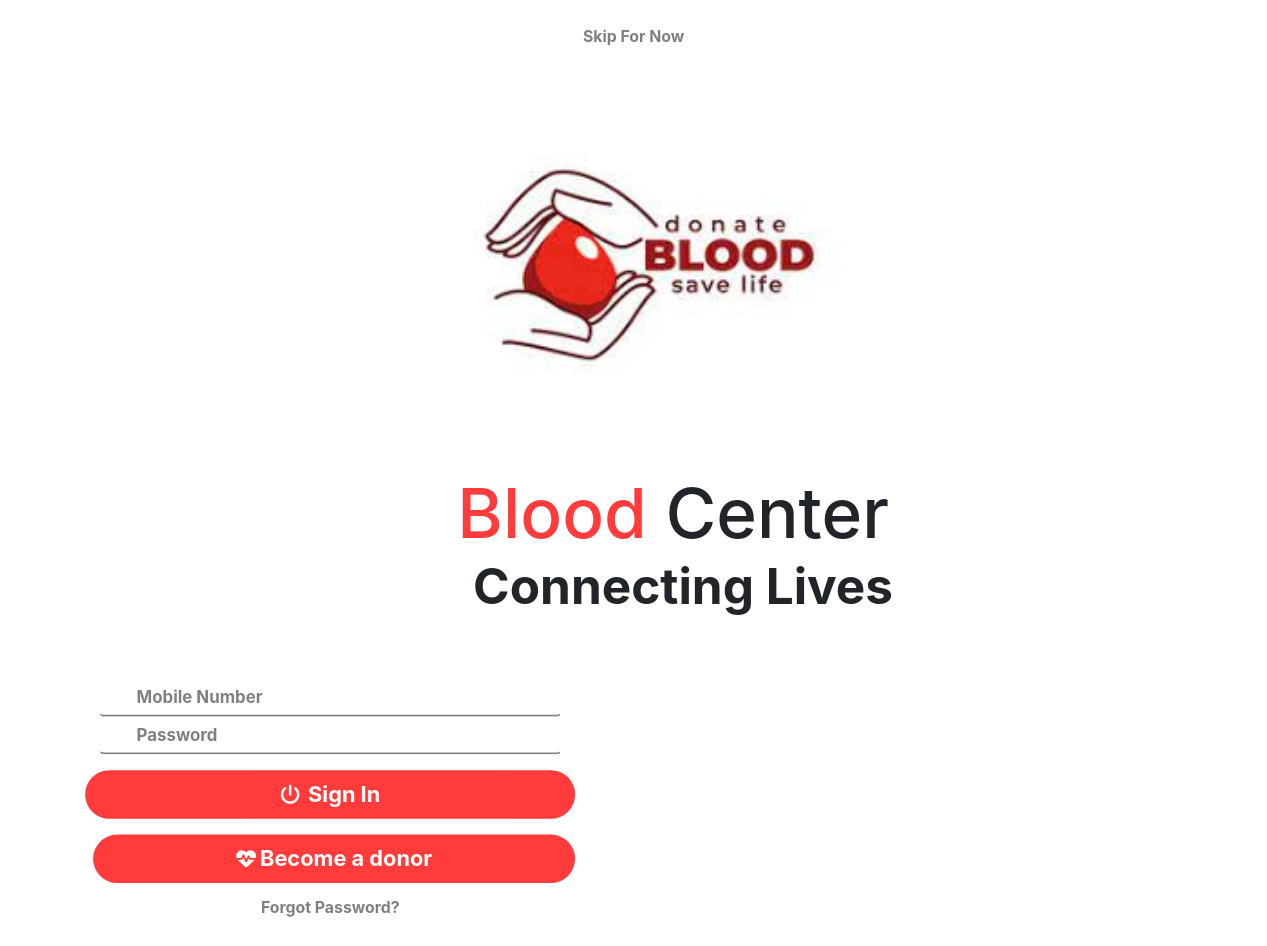
Repository: syedali042/jbds
Page: /
These files come from the project's save history. The page is drawn as it stood at one moment and after the next save; the edit follows.
The browser window is 1280 px wide. The pictures show the whole page, at 99% of full size.
Some web libraries are served in a nearby version. The project was rebuilt for these pictures with package versions that can differ from the ones it lists, and the page was loaded fresh each time. Also part of the build but not shown: src/components/Header.js, src/components/About.js, src/components/Register.js, src/components/Header2.js, src/components/Home.js, src/components/Header4.js, src/components/Request.js, src/components/Header3.js and 1 more.

Above is the page before, as saved 2021-11-09 20:45:49.

### public/index.html
<!DOCTYPE html>
<html lang="en">
  <head>
    <meta charset="utf-8" />
    <link rel="icon" href="%PUBLIC_URL%/favicon.ico" />
    <meta name="viewport" content="width=device-width, initial-scale=1" />
    <meta name="theme-color" content="#000000" />
    <meta
      name="description"
      content="Web site created using create-react-app"
    />
    <!--FontAwesome-->
    <script src="https://kit.fontawesome.com/f4576591a8.js" crossorigin="anonymous"></script>
    <!--FontAwesome ends-->
    <!--bootstrap-->
    <link rel="stylesheet" href="https://maxcdn.bootstrapcdn.com/bootstrap/4.0.0/css/bootstrap.min.css"
      integrity="sha384-Gn5384xqQ1aoWXA+058RXPxPg6fy4IWvTNh0E263XmFcJlSAwiGgFAW/dAiS6JXm" crossorigin="anonymous">
    <!--bootstrap ends-->
    <link rel="apple-touch-icon" href="%PUBLIC_URL%/logo192.png" />
    <!--
      manifest.json provides metadata used when your web app is installed on a
      user's mobile device or desktop. See https://developers.google.com/web/fundamentals/web-app-manifest/
    -->
    <link rel="manifest" href="%PUBLIC_URL%/manifest.json" />
    <!--
      Notice the use of %PUBLIC_URL% in the tags above.
      It will be replaced with the URL of the `public` folder during the build.
      Only files inside the `public` folder can be referenced from the HTML.

      Unlike "/favicon.ico" or "favicon.ico", "%PUBLIC_URL%/favicon.ico" will
      work correctly both with client-side routing and a non-root public URL.
      Learn how to configure a non-root public URL by running `npm run build`.
    -->
    <title>React App</title>
  </head>
  <body>
    <noscript>You need to enable JavaScript to run this app.</noscript>
    <div id="root"></div>
    <!--Jquery-->
    <script src="https://code.jquery.com/jquery-3.2.1.slim.min.js"
      integrity="sha384-KJ3o2DKtIkvYIK3UENzmM7KCkRr/rE9/Qpg6aAZGJwFDMVNA/GpGFF93hXpG5KkN" crossorigin="anonymous"></script>
    <script src="https://cdnjs.cloudflare.com/ajax/libs/popper.js/1.12.9/umd/popper.min.js"
      integrity="sha384-ApNbgh9B+Y1QKtv3Rn7W3mgPxhU9K/ScQsAP7hUibX39j7fakFPskvXusvfa0b4Q" crossorigin="anonymous"></script>
    <script src="https://maxcdn.bootstrapcdn.com/bootstrap/4.0.0/js/bootstrap.min.js"
      integrity="sha384-JZR6Spejh4U02d8jOt6vLEHfe/JQGiRRSQQxSfFWpi1MquVdAyjUar5+76PVCmYl" crossorigin="anonymous"></script>
    <!--Jquery ends-->
  </body>
</html>

### src/App.js
import './App.css';
import Login from './components/Login';
import About from './components/About';
import Register from './components/Register';
import Home from './components/Home';
import Request from './components/Request';
import Create from './components/Create';
import {
  BrowserRouter as Router,
  Switch,
  Route,
  Link
} from "react-router-dom";


function App() {
  return (
    <Router>
      <Switch>
        <Route path="/About">
          <About/>
        </Route>
        <Route path="/Login">
          <Login />
        </Route>
        <Route path="/Register">
          <Register />
        </Route>
        <Route path="/Create">
          <Create />
        </Route>
        <Route path="/Request">
          <Request />
        </Route>
        <Route path="/Home">
          <Home />
        </Route>
        <Route path="/">
          <Login />
        </Route>
      </Switch>
    </Router>
  );
}

export default App;

### src/App.css
*{
  margin: 0;
  padding: 0;
}
.con{
  font-size: 25px;
  font-weight: bold;
  position: relative;
  bottom: 35px;
  padding: 5px;
}
.em{
  border: none;
  border-bottom: 2px solid gray;
}
.pass{
  border: none;
  border-bottom: 2px solid gray;
}
.placehorder::placeholder {
  font-weight: bolder;
  color: gray;
  position: relative;
  left: 25px;
  font-size: 17px;
}
.forgot{
  color: gray;
  font-weight: bolder;
}
.login{
  color: gray;
  font-weight: bolder;
}
.fa-portrait{
  font-size: 20px;
  position: relative;
  top: 30px;
  left: 5px;
  color: gray;
}
.fa-unlock-alt{
   font-size: 20px;
  position: relative;
  top: 30px;
  left: 5px;
  color: gray;
}
.sign{
  width: 230px;
  position: relative;
  font-size: 22px;
  border-radius: 30px;
  background-color: #FF3B3B;
  color: white;
  font-weight: bolder;
  border: none;
}
.fa-power-off{
  font-size: 20px;
  position: relative;

  color: white ;
}
.donor{
  width: 230px;
  position: relative;
  font-size: 22px;
  border-radius: 30px;
  background-color: #FF3B3B;
  color: white;
  font-weight: bolder;
  border: none;
  letter-spacing: o.1;
}
.fa-heartbeat{
   font-size: 20px;
  position: relative;

  color: white ;
}
@media screen and (max-width: 440px){

  .con{
  font-size: 20px;
  font-weight: bold;
  position: relative;
  bottom: 35px;
  padding: 5px;
}
.blood{
  font-size: 27px;
}
.formik{
  position: relative;
  bottom: 50px;
}
.pass{
  border: none;
  border-bottom: 2px solid gray;

}

.donor{
  width: 210px;
  position: relative;
  font-size: 22px;
  border-radius: 30px;
  background-color: #FF3B3B;
  color: white;
  font-weight: bolder;
  border: none;
  letter-spacing: o.1;
}
.sign{
  width: 210px;
  position: relative;
  font-size: 22px;
  border-radius: 30px;
  background-color: #FF3B3B;
  color: white;
  font-weight: bolder;
  border: none;
}

}
@media screen and (min-width: 768px){


  .img{
  position: relative;
  width: 400px;
  left: 40px;
}
  .con{
  font-size: 50px;
  font-weight: bold;
  position: relative;
  bottom: 35px;
  padding: 5px;
  left: 50px;
}
.blood{
  font-size: 70px;
  position: relative;
  left: 40px;
}

.name{
  border: none;
  border-bottom: 2px solid gray;
   margin-top: 10px;
  height: 70px;
}


.adress{
    border: none;
  border-bottom: 2px solid gray;
   margin-top: 10px;
  height: 70px;
}
input::placeholder {
  font-weight: bolder;
  color: gray;
  position: relative;
  left: 45px;
  font-size: 30px;
}
.fa-portrait{
  font-size: 25px;
  position: relative;
  top: 37px;
  left: 5px;
  color: gray;
}
.fa-unlock-alt{
   font-size: 25px;
  position: relative;
  top: 35px;
  left: 5px;
  color: gray;
}
.fa-mobile-alt{
    font-size: 30px;
  position: relative;
  top: 55px;
  left: 5px;
  color: gray;
}
.fa-map-marker-alt{
   font-size: 30px;
  position: relative;
  top: 55px;
  left: 5px;
  color: gray;
}
.fa-disease{
 font-size: 30px;
  position: relative;
  top: 55px;
  left: 5px;
  color: gray;
}

.sign{
  width: 300px;
  position: relative;
  font-size: 22px;
  border-radius: 30px;
  background-color: #FF3B3B;
  color: white;
  font-weight: bolder;
  border: none;
}

.donor{
  width: 300px;
  position: relative;

  font-size: 22px;
  border-radius: 30px;
  background-color: #FF3B3B;
  color: white;
  font-weight: bolder;
  border: none;
  letter-spacing: o.1;
}

}
.header{
  background-color: #FF3B3B;
  padding: 3px;
}
.fa-chevron-left{
  color: white;
}
.profile{
  color: white;

}
.kelly{
  font-size: 23px;
  font-weight: bolder;
}
.girl{
  width: 70px;
  border-radius: 50px;
  margin-left: 50px;
  position: relative;
  bottom: 10px;
}
.r1{
  margin-top: 40px;
}

.name{
  border: none;
  border-bottom: 2px solid gray;
}
.num{
   border: none;
  border-bottom: 2px solid gray;
}
.adress{
    border: none;
  border-bottom: 2px solid gray;
}
.r2{
  background-color: rgb(247, 238, 238);
  border-radius: 15px;
  border: 1px solid transparent;
}
.update{

  position: relative;
  font-size: 22px;
  border-radius: 30px;
  background-color: #FF3B3B;
  color: white;
  font-weight: bolder;
  border: none;
}
.fa-mobile-alt{
   font-size: 20px;
  position: relative;
  top: 30px;
  left: 5px;
  color: gray;
}
.bloodGroup{
   border: none;
  border-bottom: 2px solid gray;
}
.fa-disease{
  font-size: 20px;
  position: relative;
  top: 30px;
  left: 5px;
  color: gray;
}
.city{
  border: none;
  border-bottom: 2px solid gray;
}
.fa-map-marker-alt{
  font-size: 20px;
  position: relative;
  top: 30px;
  left: 5px;
  color: gray;
}
.fa-arrow-right{
   font-size: 30px;
  position: relative;
 top: 5px;
  color:white;
}
.bodyOfHeader2{
   background-color: #FF3B3B;
   color: white;
}
.fa-search{
  position: relative;
  left: 90%;
  bottom: 30px;
  color: gray;
  font-size: 25px;
}
.groups{
 display: flex;
 margin-left: 5px;
}
.groups >div {
  background-color: #FF3B3B;
  width: 30px;
  margin: 7px;
  text-align: center;
  font-size: 20px;
  color: white;
  border-radius: 5px;
}
.HomeRow{
  border-bottom: 1px solid gray;
}
.sidebar{
  width: 60%;
  height: 100vh;
  position: absolute;
  background-color: #FF3B3B ;
  z-index: 1;
}
.create{
  color: white;
  margin-right: 30px;
}
.conReq{
  margin-top: 20px;
  background-color: rgb(216, 220, 230);
  border-radius: 5px;
}

### src/components/Login.js
import React from 'react';
import {Formik} from 'formik';


function Login() {
    return (
        <>
        <div className="w-100 d-flex align-items-center justify-content-center mt-3">
            <a href="/home" className="text-decoration-none forgot p-2">Skip For Now</a>
        </div>
        <div className="container">
            <div className="d-flex align-items-center justify-content-center">
                <div>
                    <img src="./images/download.jfif" alt="there is no image" className="img"/>
                    <h2 className="blood text-center"><span style={{color:'#FF3B3B'}}>Blood</span> Center</h2><br>
                    </br>
                    <h5 className="con text-center">Connecting Lives</h5>
                </div>
            </div>
            <div className="container">
                <div className="row p-3">
                    <div>
                        <Formik
                            initialValues={{ email: '', password: '' }}
                            validate={values => {
                                const errors = {};
                                if (!values.email) {
                                    errors.email = 'Required';
                                } else if (
                                    !/^[A-Z0-9._%+-]+@[A-Z0-9.-]+\.[A-Z]{2,}$/i.test(values.email)
                                ) {
                                    errors.email = 'Invalid email address';
                                }
                                return errors;
                            }}
                            onSubmit={(values, { setSubmitting }) => {
                                setTimeout(() => {
                                    alert(JSON.stringify(values, null, 2));
                                    setSubmitting(false);
                                }, 400);
                            }}
                        >
                            {({
                                values,
                                errors,
                                touched,
                                handleChange,
                                handleBlur,
                                handleSubmit,
                                isSubmitting,
                                /* and other goodies */
                            }) => (
                            <form onSubmit={handleSubmit} className="formik">
                                {/* <i className="fas fa-portrait"></i> */}
                                    <input
                                    type="email" className="placehorder form-control em"
                                        name="email"
                                        onChange={handleChange}
                                        onBlur={handleBlur}
                                        value={values.email}
                                        placeholder="Mobile Number"

                                    />

                                    {errors.email && touched.email && errors.email}
                                {/* <i className="fas fa-unlock-alt"></i> */}
                                    <input
                                    type="password" className="placehorder form-control pass"
                                        name="password"
                                        onChange={handleChange}
                                        onBlur={handleBlur}
                                        value={values.password}
                                        placeholder="Password"
                                    />

                                    {errors.password && touched.password && errors.password}
                                <div className="row d-flex align-items-center justify-content-center">
                                    <button type="submit" disabled={isSubmitting} className="sign p-2 mt-3 w-100">
                                        <i className="fas fa-power-off mr-2 "></i>Sign In
                                    </button>
                                    <button className="donor p-2 mt-3 ml-2 w-100">
                                        <i className="fas fa-heartbeat mr-1 "></i>Become a donor
                                    </button>
                                    <br /><br />
                                    <a href="#" className="forgot p-2">Forgot Password?</a>

                                </div>

                                </form>
                            )}
                        </Formik>
                    </div>
                </div>
            </div>
        </div>
        </>
    )
}

export default Login

Loaded but not shown: src/index.js (common file); src/index.css (common file); src/reportWebVitals.js (common file)

After the next save:
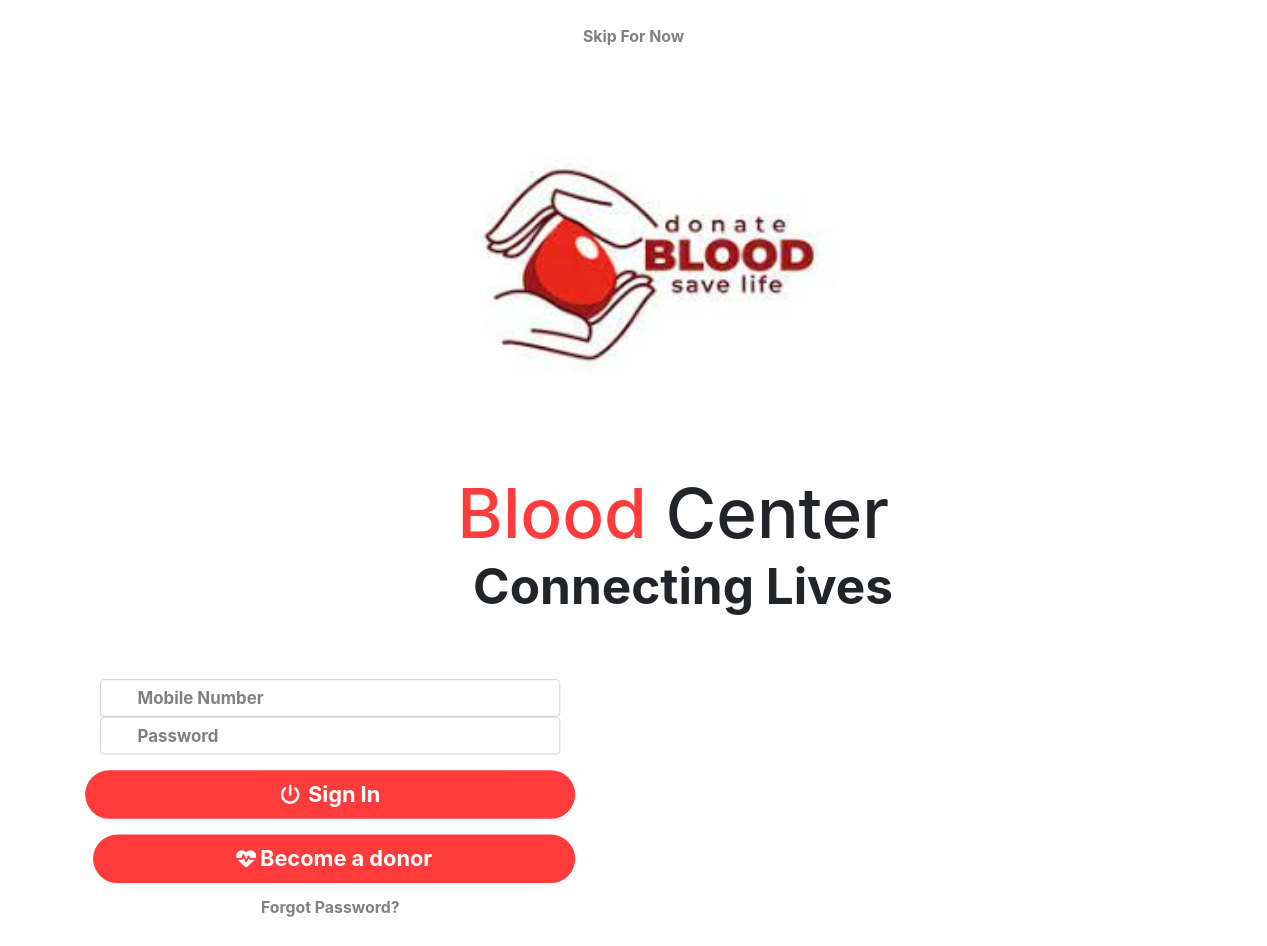
Saved 25 s later.
--- a/src/components/Login.js
+++ b/src/components/Login.js
@@ -53,7 +53,7 @@
                             <form onSubmit={handleSubmit} className="formik">
                                 {/* <i className="fas fa-portrait"></i> */}
                                     <input
-                                    type="email" className="placehorder form-control em"
+                                    type="email" className="placehorder form-control"
                                         name="email"
                                         onChange={handleChange}
                                         onBlur={handleBlur}
@@ -65,7 +65,7 @@
                                     {errors.email && touched.email && errors.email}
                                 {/* <i className="fas fa-unlock-alt"></i> */}
                                     <input
-                                    type="password" className="placehorder form-control pass"
+                                    type="password" className="placehorder form-control"
                                         name="password"
                                         onChange={handleChange}
                                         onBlur={handleBlur}

After the save that followed:
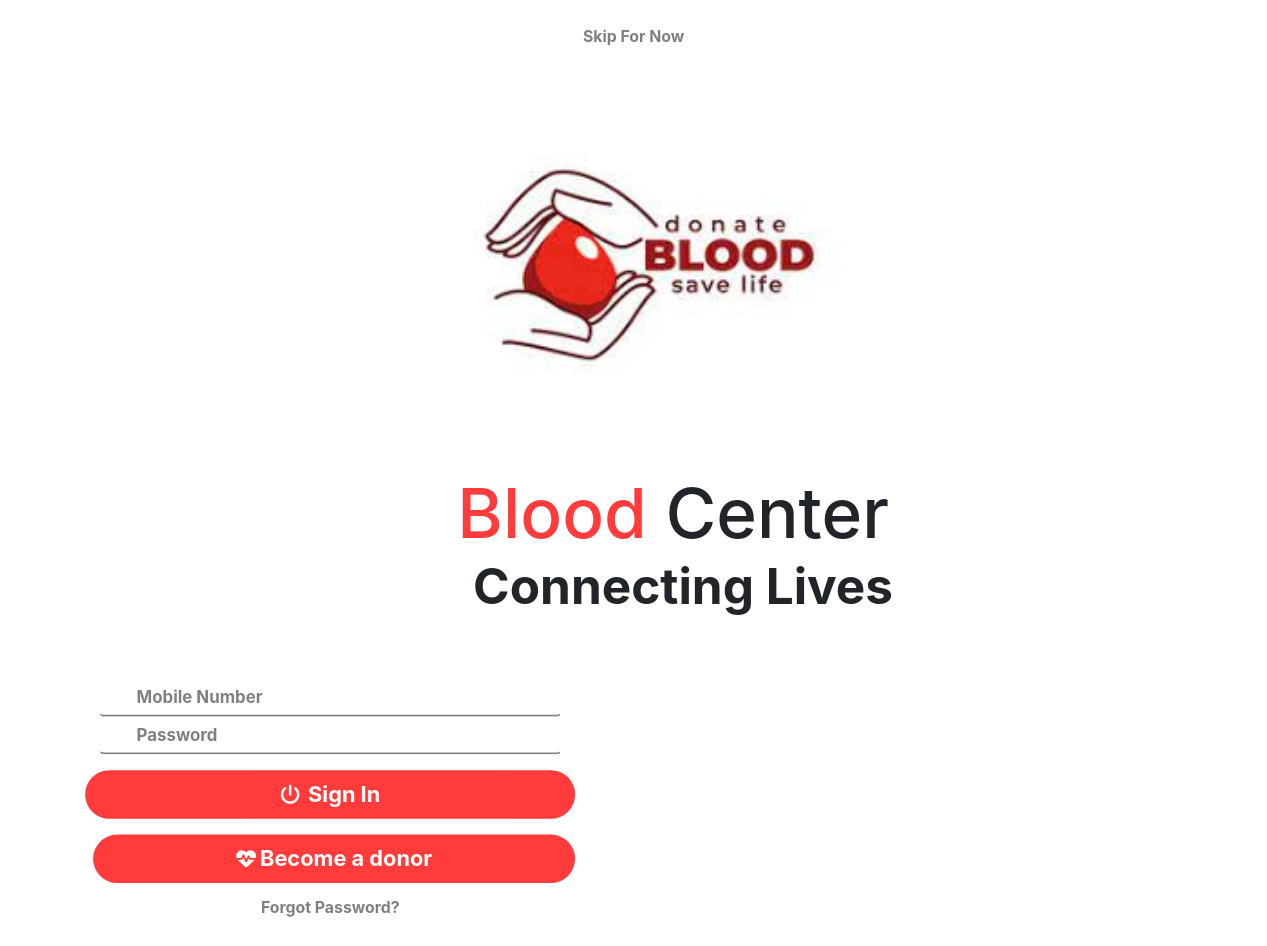
Saved 11 s later.
--- a/src/components/Login.js
+++ b/src/components/Login.js
@@ -53,7 +53,7 @@
                             <form onSubmit={handleSubmit} className="formik">
                                 {/* <i className="fas fa-portrait"></i> */}
                                     <input
-                                    type="email" className="placehorder form-control"
+                                    type="email" className="placehorder form-control em"
                                         name="email"
                                         onChange={handleChange}
                                         onBlur={handleBlur}
@@ -65,7 +65,7 @@
                                     {errors.email && touched.email && errors.email}
                                 {/* <i className="fas fa-unlock-alt"></i> */}
                                     <input
-                                    type="password" className="placehorder form-control"
+                                    type="password" className="placehorder form-control pass"
                                         name="password"
                                         onChange={handleChange}
                                         onBlur={handleBlur}
